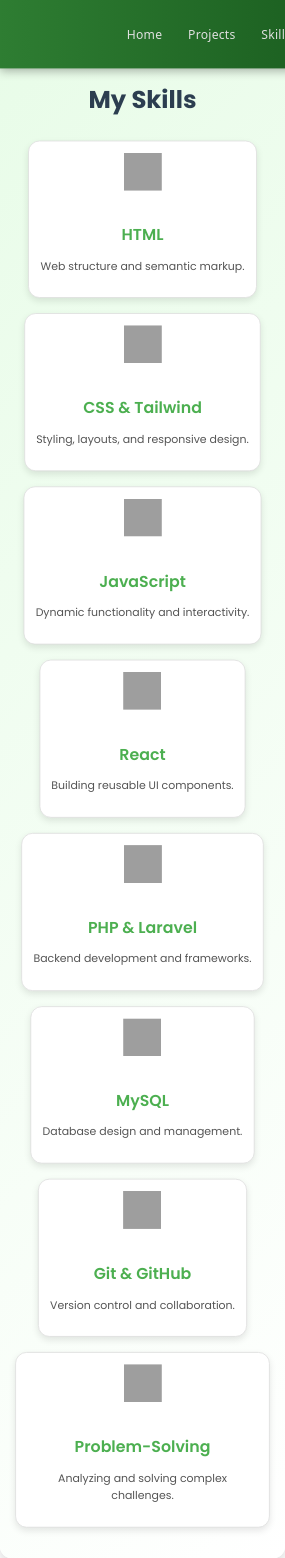
Repository: SAYANA11/portfolio
Page: /Skills
These files come from the project's save history. The page is drawn as it stood at one moment and after the next save; the edit follows.
The browser window is 375 px wide. The pictures show the whole page, at 76% of full size.
Pictures or frames that could not be fetched are drawn as grey boxes. The project was rebuilt for these pictures with package versions that can differ from the ones it lists, and the page was loaded fresh each time. Also part of the build but not shown: vite.config.js, src/components/Hero.jsx, src/components/Projects.css, src/components/Projects.jsx.

Above is the page before, as saved 2026-02-16 20:42:57.

After the next save:
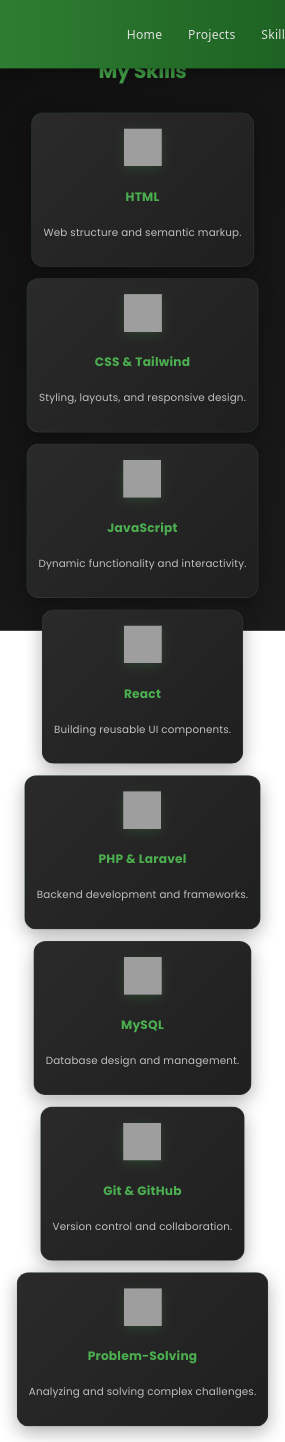
Saved 15 s later.
--- a/src/components/Skills.css
+++ b/src/components/Skills.css
@@ -1,90 +1,167 @@
 /* Skills Container */
 .skills-container {
-  padding: 40px 20px;
-  background: linear-gradient(135deg, #e8fce8, #ffffff); /* Soft green gradient */
-  border-radius: 15px;
-  box-shadow: 0 8px 20px rgba(0, 0, 0, 0.15); /* Subtle shadow */
+  padding: 50px 40px;
+  background: transparent;
+  border-radius: 0;
+  box-shadow: none;
   max-width: 1200px;
-  margin: 40px auto; /* Center the container */
+  margin: 40px auto;
   font-family: 'Poppins', sans-serif;
-  color: #2c3e50;
+  color: #e0e0e0;
   text-align: center;
 }
 
 /* Title Styling */
 .skills-title {
-  font-size: 2.5rem;
+  font-size: 2.8rem;
   font-weight: 700;
-  margin-bottom: 30px;
-  color: #2c3e50;
+  margin-bottom: 12px;
+  background: linear-gradient(135deg, #4caf50, #2e7d32);
+  -webkit-background-clip: text;
+  -webkit-text-fill-color: transparent;
+  background-clip: text;
+  letter-spacing: -0.02em;
 }
 
 /* Skills Grid */
 .skills-grid {
   display: grid;
-  grid-template-columns: repeat(auto-fit, minmax(250px, 1fr)); /* Responsive grid */
-  gap: 20px;
+  grid-template-columns: repeat(auto-fit, minmax(280px, 1fr));
+  gap: 24px;
   justify-items: center;
+  margin-top: 35px;
 }
 
 /* Skill Card */
 .skill-card {
-  background: #ffffff;
-  border: 1px solid #ddd;
-  border-radius: 15px;
-  padding: 20px;
+  background: linear-gradient(135deg, #2a2a2a 0%, #1f1f1f 100%);
+  border: 1px solid rgba(76, 175, 80, 0.15);
+  border-radius: 16px;
+  padding: 32px 24px;
   text-align: center;
-  box-shadow: 0 4px 10px rgba(0, 0, 0, 0.1);
-  transition: transform 0.3s ease, box-shadow 0.3s ease;
+  box-shadow: 0 8px 24px rgba(0, 0, 0, 0.3);
+  transition: all 0.3s cubic-bezier(0.4, 0, 0.2, 1);
+  display: flex;
+  flex-direction: column;
+  align-items: center;
+  justify-content: center;
 }
 
 .skill-card:hover {
-  transform: scale(1.05);
-  box-shadow: 0 6px 15px rgba(0, 0, 0, 0.2);
+  transform: translateY(-8px);
+  box-shadow: 0 16px 48px rgba(46, 125, 50, 0.25);
+  border-color: rgba(76, 175, 80, 0.4);
+  background: linear-gradient(135deg, #313131 0%, #252525 100%);
 }
 
 /* Skill Logo */
 .skill-logo {
-  width: 60px;
-  height: 60px;
-  margin-bottom: 15px;
+  width: 70px;
+  height: 70px;
+  margin-bottom: 16px;
+  transition: transform 0.3s ease;
+  filter: drop-shadow(0 4px 8px rgba(76, 175, 80, 0.2));
+}
+
+.skill-card:hover .skill-logo {
+  transform: scale(1.15);
 }
 
 /* Skill Name */
 .skill-name {
-  font-size: 1.5rem;
-  font-weight: 600;
+  font-size: 1.3rem;
+  font-weight: 700;
   margin-bottom: 10px;
-  color: #4caf50; /* Accent color */
+  color: #4caf50;
+  letter-spacing: 0.3px;
 }
 
 /* Skill Description */
 .skill-description {
-  font-size: 1rem;
-  color: #555;
+  font-size: 0.95rem;
+  color: #c0c0c0;
   line-height: 1.6;
+  letter-spacing: 0.2px;
 }
 
 /* Responsive Design */
+@media (max-width: 1024px) {
+  .skills-container {
+    padding: 40px 30px;
+  }
+
+  .skills-grid {
+    grid-template-columns: repeat(auto-fit, minmax(240px, 1fr));
+    gap: 20px;
+  }
+
+  .skills-title {
+    font-size: 2.3rem;
+  }
+}
+
 @media (max-width: 768px) {
+  .skills-container {
+    margin-top: 30px;
+    padding: 30px 20px;
+  }
+
   .skills-title {
     font-size: 2rem;
   }
 
+  .skills-grid {
+    grid-template-columns: repeat(auto-fit, minmax(200px, 1fr));
+    gap: 18px;
+  }
+
   .skill-card {
-    padding: 15px;
+    padding: 24px 18px;
   }
 
   .skill-logo {
-    width: 50px;
-    height: 50px;
+    width: 60px;
+    height: 60px;
   }
 
   .skill-name {
-    font-size: 1.3rem;
+    font-size: 1.15rem;
   }
 
   .skill-description {
     font-size: 0.9rem;
   }
 }
+
+@media (max-width: 480px) {
+  .skills-container {
+    padding: 20px 15px;
+  }
+
+  .skills-title {
+    font-size: 1.7rem;
+  }
+
+  .skills-grid {
+    grid-template-columns: 1fr;
+    gap: 15px;
+  }
+
+  .skill-card {
+    padding: 20px 15px;
+  }
+
+  .skill-logo {
+    width: 50px;
+    height: 50px;
+    margin-bottom: 12px;
+  }
+
+  .skill-name {
+    font-size: 1rem;
+  }
+
+  .skill-description {
+    font-size: 0.85rem;
+  }
+}
